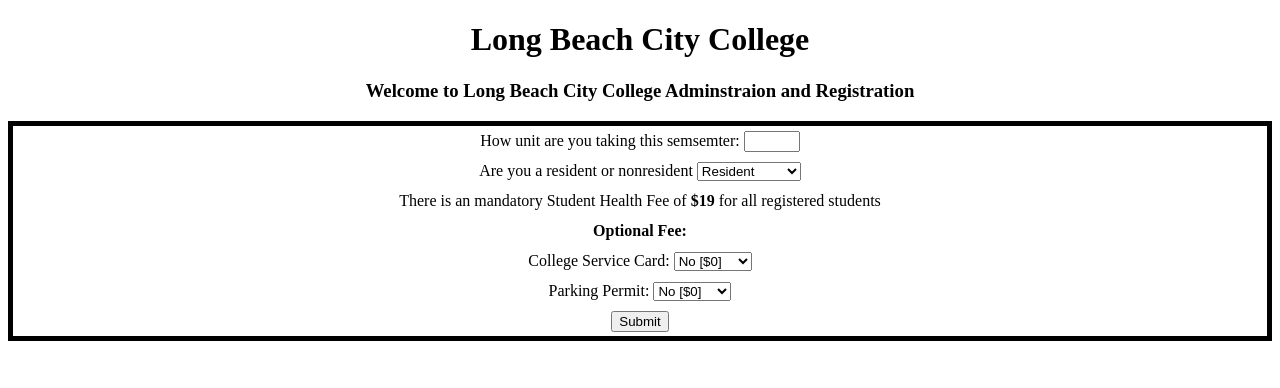
Repository: Lpanglb/COSW30
Page: Homework/HW3/tuition_calculator.html
The author's editor kept a record of every edit. The page is drawn from the files as they stood at one moment, then again after the next edit.
The browser window is 1280 px wide. The pictures show the whole page.

Above is the page before.

After the next edit:
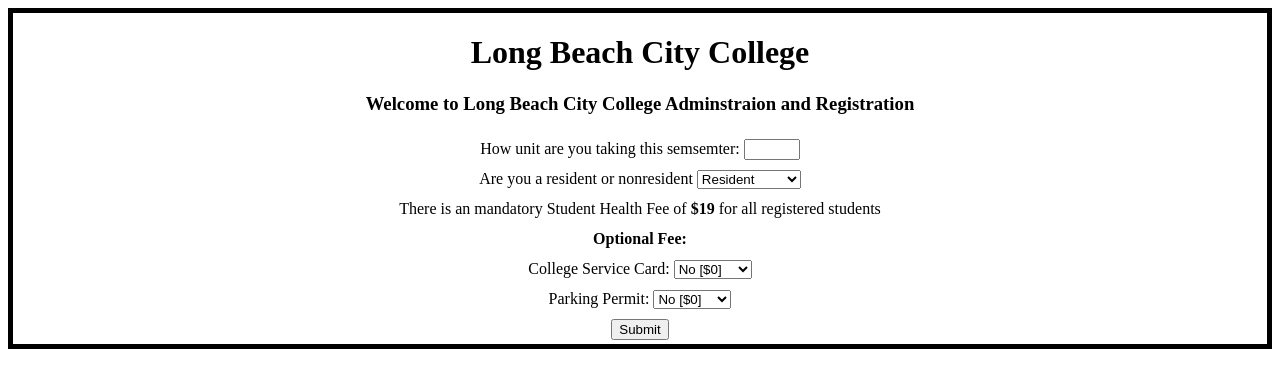
The edit:
--- a/Homework/HW3/tuition_calculator.html
+++ b/Homework/HW3/tuition_calculator.html
@@ -10,7 +10,7 @@
             text-align: center;
             line-height: 30px;
         }
-        form{
+        body{
            border-style: solid;
             border-width: 5px;
         }
